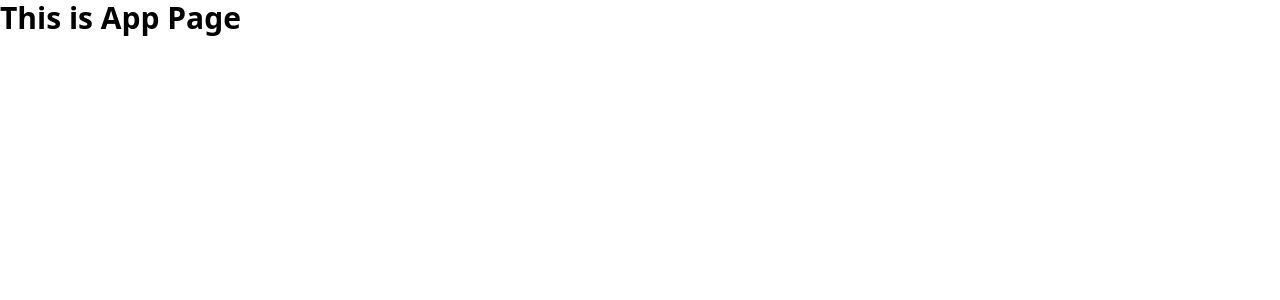
Repository: SaadYasin/react-internationalization
Page: /
An editor plug-in stored every save of this project. The page is shown before and after a run of saves, followed by the edit.
The browser window is 1280 px wide. The pictures show the whole page.
The project was rebuilt for these pictures with package versions that can differ from the ones it lists, and the page was loaded fresh each time. Also part of the build but not shown: vite.config.js.

Above is the page before, as saved 2024-07-18 01:49:54.

After the next 2 saves:
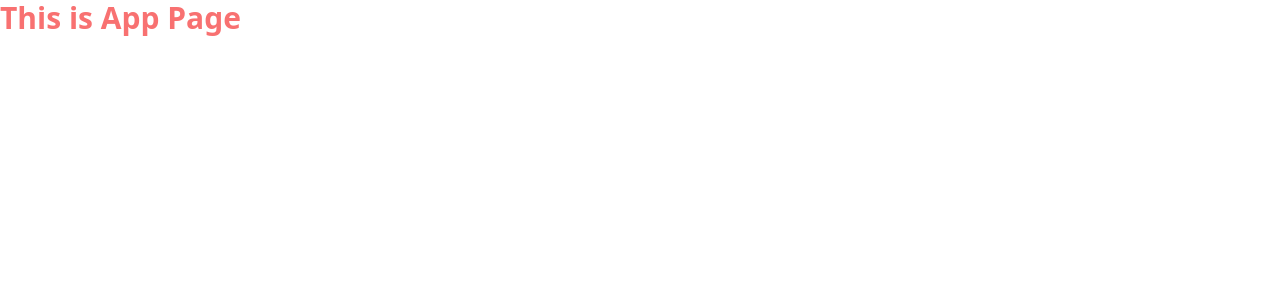
The 2 saves are shown as one change because they came seconds apart.
The last was saved 8 s later.
--- a/src/App.jsx
+++ b/src/App.jsx
@@ -5,7 +5,7 @@
   return (
     <>
       <div>
-        <h1 className="text-3xl font-bold text">This is App Page</h1>
+        <h1 className="text-3xl font-bold text-red-400 ">This is App Page</h1>
       </div>
 
     </>
